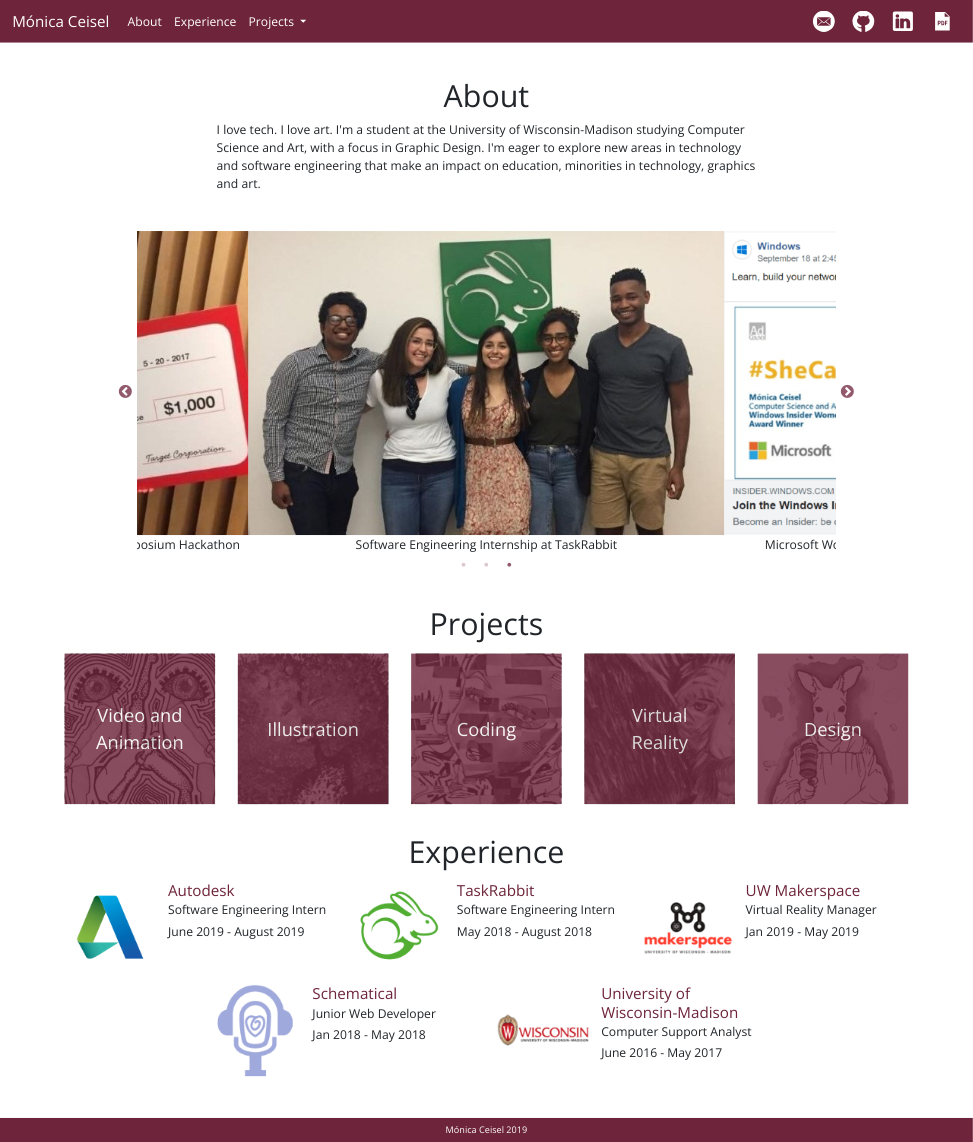
Repository: ceiselm/ceiselm.github.io
Page: index.html
An editor plug-in stored every save of this project. The page is shown before and after a run of saves, followed by the edit.
The browser window is 1280 px wide. The pictures show the whole page, at 76% of full size.

Above is the page before, as saved 2019-08-07 20:49:23.

### index.html
<!DOCTYPE html>
<html lang="en">

<head>
  <meta charset="utf-8">
  <meta http-equiv="X-UA-Compatible" content="IE=edge">
  <meta name="viewport" content="width=device-width, initial-scale=1">
  <title>M&oacute;nica Ceisel</title>
  <!-- Bootstrap -->
  <link href="css/bootstrap-4.2.1.css" rel="stylesheet">
  <!-- slick -->
  <link rel="stylesheet" type="text/css" href="slick/slick.css" />
  <!-- Add the new slick-theme.css if you want the default styling -->
  <link rel="stylesheet" type="text/css" href="slick/slick-theme.css" />
  <!-- font -->
  <link href="https://fonts.googleapis.com/css?family=Open+Sans&display=swap" rel="stylesheet">
  <!-- overwrites -->
  <link href="css/home.css" rel="stylesheet">
</head>

<body>
  <main>
    <!-- site navigation component START -->
    <nav class="navbar navbar-expand-lg navbar-dark bg-dark">
      <a class="navbar-brand" href="./index.html">M&oacute;nica Ceisel</a>
      <button class="navbar-toggler" type="button" data-toggle="collapse" data-target="#navbarSupportedContent"
        aria-controls="navbarSupportedContent" aria-expanded="false" aria-label="Toggle navigation">
        <span class="navbar-toggler-icon"></span>
      </button>
      <div class="collapse navbar-collapse" id="navbarSupportedContent">
        <ul class="navbar-nav mr-auto">
          <li class="nav-item">
            <a class="nav-link" href="#startAbout">About</a>
          </li>
          <li class="nav-item">
            <a class="nav-link" href="#startExperience">Experience</a>
          </li>
          <li class="nav-item dropdown">
            <a class="nav-link dropdown-toggle" href="#" id="navbarDropdown" role="button" data-toggle="dropdown"
              aria-haspopup="true" aria-expanded="false">
              Projects
            </a>
            <div class="dropdown-menu" aria-labelledby="navbarDropdown">
              <a class="dropdown-item" href="./subpages/coding.html">Coding</a>
              <div class="dropdown-divider"></div>
              <a class="dropdown-item" href="./subpages/illustration.html">Illustration</a>
              <a class="dropdown-item" href="./subpages/design.html">Design</a>
              <a class="dropdown-item" href="./subpages/virtualreality.html">Virtual Reality</a>
              <a class="dropdown-item" href="./subpages/videoandanimation.html">Video and Animation</a>
            </div>
          </li>
        </ul>
      </div>
      <!--		HAVE ICONS APPEAR ON BOTTOM FOR RESPONSIVE!-->
      <div class="navabar navbar-collapse">
        <ul class="navbar-nav ml-auto">
          <li class="nav-item">
            <a target="_blank" href="mailto:ceiselm@gmail.com"><img class="contact-icon" src="images/social/mail.svg"
                title="ceiselm@gmail.com" alt="mail"></a>
            <a target="_blank" href="https://github.com/ceiselm"><img class="contact-icon" src="images/social/github.svg"
                title="ceiselm" alt="github"></a>
            <a target="_blank" href="https://www.linkedin.com/in/monicaceisel/"><img class="contact-icon" src="images/social/linkedin.svg"
                title="monicaceisel" alt="linkedin"></a>
            <!-- <a target="_blank" href="https://twitter.com/Momonimations"><img class="contact-icon" src="images/social/twitter.svg" title="Momonimations" alt="twitter"></a> -->
            <a target="_blank" href="https://drive.google.com/file/d/1Cxu938UaEI__a5fxJjOS7-iBWBv4FZOx/view?usp=sharing"><img
                class="contact-icon" src="images/social/pdf.svg" title="Resume" alt="resume"></a>
          </li>
        </ul>
      </div>
    </nav>
    <!-- site navigation component END -->
    <!-- <hr> -->
    <!-- about START -->
    <div class="portion">
      <section>
        <div class="text-center mt-2">
          <div class="container">
            <div class="row">
              <div class="col-12">
                <h1 id="startAbout">About</h1>
                <div class="container">
                  <div class="row justify-content-center">
                    <div class="col col-md-8">
                      <p align="left">I love tech. I love art. I'm a student at the University of Wisconsin-Madison
                        studying Computer Science and Art,
                        with a focus in Graphic Design. I'm eager to explore new areas in technology and software
                        engineering that
                        make an impact on education, minorities in technology, graphics and art.
                      </p>
                    </div>
                  </div>
                </div>
                <!-- noteworthy articles -->
                <!--				https://insider.windows.com/en-us/community-news/how-this-coder-artist-grew-superpowers-to-create/-->
                <!--				https://insider.windows.com/en-us/community-news/extraordinary-women-in-computing/-->

                <!-- <div class="wrapper"> -->
                <div class="portion">
                  <div class="row align-items-center">
                  <div class="container col-lg-10 col-md-10">
                  <div class="slides">
                    <div><img class="slide-item col-sx-4" src="images/carousel/Microsoft.png" alt="First slide"><a class="highlight" href="https://insider.windows.com/en-us/community-news/how-this-coder-artist-grew-superpowers-to-create/">Microsoft Women
                      in Computing Award Winner</a></div>
                    <div><img class="slide-item col-sx-4" src="images/carousel/Target.jpg" alt="Second slide">1st Place for the
                      Target Women in Tech Symposium Hackathon</div>
                    <div><img class="slide-item col-sx-4" src="images/carousel/TaskRabbit.jpg" alt="Third slide">Software
                      Engineering Internship at TaskRabbit</div>
                  </div>
                </div>
                </div>
              </div>
              </div>
            </div>
          </div>
        </div>
      </section>
    </div>
    <!-- about END -->
    <!-- <hr> -->
    <!-- projects START -->
    <div class="portion">
      <section>
        <div class="container">
          <div class="row">
            <div class="col-12 text-center">
              <h1>Projects</h1>
              <!-- <p>Lorem ipsum dolor sit amet, consectetur adipisicing elit. Officia, et, placeat !</p> -->
            </div>
          </div>
          <div class="row mt-2">

            <div class="col-md mt-md-0 mt-1">
              <a href="./subpages/videoandanimation.html">
                <img class="image img-fluid float-right" src="images/buttons/Button03.png" alt="Video and Animation" href="#">
                <div class="overlay">
                  <div class="text">Video and Animation</div>
                </div>
              </a>
            </div>

            <div class="col-md mt-md-0 mt-1">
              <a href="./subpages/illustration.html">
                <img class="image img-fluid float-left" src="images/buttons/Button01.png" alt="Illustration">
                <div class="overlay">
                  <div class="text">Illustration</div>
                </div>
              </a>
            </div>

            <div class="col-md mt-md-0 mt-1">
              <a href="./subpages/coding.html">
                <img class="image img-fluid float-left" src="images/buttons/Button05.png" alt="Coding" href="#">
                <div class="overlay">
                  <div class="text">Coding</div>
                </div>
              </a>
            </div>
            <div class="col-md mt-md-0 mt-1">
              <a href="./subpages/virtualreality.html">
                <img class="image img-fluid float-right" src="images/buttons/Button04.png" alt="Virtual Reality" href="#">
                <div class="overlay">
                  <div class="text">Virtual Reality</div>
                </div>
              </a>
            </div>
            <div class="col-md mt-md-0 mt-1">
              <a href="./subpages/design.html">
                <img class="image img-fluid float-left" src="images/buttons/Button02.png" alt="Design" href="#">
                <div class="overlay">
                  <div class="text">Design</div>
                </div>
              </a>
            </div>
          </div>
        </div>
      </section>
    </div>
  <!-- projects END -->
    <!-- experience START -->
    <!-- <hr> -->
    <div class="portion">
      <section>
        <div class="container">
          <div class="row">
            <div class="col-12 text-center">
              <h1 id="startExperience">Experience</h1>
              <!-- <p>Lorem ipsum dolor sit amet, consectetur adipisicing elit. Quibusdam, magni, doloribus, possimus eum sapiente deleniti doloremque fugit ut expedita molestiae iusto debitis eveniet modi obcaecati ipsam quos quis labore dicta.</p> -->
            </div>
          </div>
        </div>
      </section>
      <section>
        <div class="container mt-2">
          <div class="row align-items-center">
            <div class="col-md-4 col-12">
              <ul class="list-unstyled">
                <li class="media">
                  <img class="mr-3" src="images/companies/120px-Autodesk_logo.svg.png" alt="Autodesk">
                  <div class="media-body">
                    <h5 class="mt-0 mb-1"><a href="https://www.autodesk.com/">Autodesk</a></h5>
                    <h6>Software Engineering Intern</h6>
                    <h6>June 2019 - August 2019</h6>
                  </div>
                </li>
              </ul>
            </div>
            <div class="col-md-4 col-12">
              <ul class="list-unstyled">
                <li class="media">
                  <img class="mr-3" src="images/companies/taskrabbit_logo.png" alt="TaskRabbit">
                  <div class="media-body">
                    <h5 class="mt-0 mb-1"><a href="https://www.taskrabbit.com/">TaskRabbit</a></h5>
                    <h6>Software Engineering Intern</h6>
                    <h6>May 2018 - August 2018</h6>
                  </div>
                </li>
              </ul>
            </div>
            <div class="col-md-4 col-12">
              <ul class="list-unstyled">
                <li class="media">
                  <img class="mr-3" src="images/companies/makerspacelogo.png" alt="Makerspace">
                  <div class="media-body">
                    <h5 class="mt-0 mb-1"><a href="https://making.engr.wisc.edu/">UW Makerspace</a></h5>
                    <h6>Virtual Reality Manager</h6>
                    <h6>Jan 2019 - May 2019</h6>
                  </div>
                </li>
              </ul>
            </div>
          </div>
        <!-- second row -->
        <div class="row">
          <div class="container col-lg-8 col-md-8 col-sm-12 col-xs-12">
                    <div class="row">
            <div class="col">
              <ul class="list-unstyled">
                <li class="media">
                  <img class="mr-3" src="images/companies/castdex_logo.png" alt="Schematical">
                  <div class="media-body">
                    <h5 class="mt-0 mb-1">Schematical</h5>
                    <h6>Junior Web Developer</h6>
                    <h6>Jan 2018 - May 2018</h6>
                  </div>
                </li>
              </ul>
            </div>
            <div class="col">
              <ul class="list-unstyled">
                <li class="media">
                  <img class="mr-3" src="images/companies/uwmadison.png" alt="University of Wisconsin-Madison">
                  <div class="media-body">
                    <h5 class="mt-0 mb-1"><a href="">University of Wisconsin-Madison</a></h5>
                    <h6>Computer Support Analyst</h6>
                    <h6>June 2016 - May 2017</h6>
                  </div>
                </li>
              </ul>

            </div>
            <div>
          </div>
          </div>

        </div>
      </section>
    </div>
  </div>
  <!-- experience END -->
  </main>
  <!-- footer START -->
  <div class="portion">
    <div class="footer">
      <div class="container h-100">
        <div class="row h-100 justify-content-center align-items-center footer-text">
          <div class="col-12 text-center">
            M&oacute;nica Ceisel 2019
          </div>
        </div>
      </div>
    </div>
  </div>
  <!-- footer END -->
  <!-- jQuery (necessary for Bootstrap's JavaScript plugins) -->
  <script src="js/jquery-3.3.1.min.js"></script>
  <!-- Include all compiled plugins (below), or include individual files as needed -->
  <script src="js/popper.min.js"></script>
  <script src="js/bootstrap-4.2.1.js"></script>
  <script src="js/index.js"></script>
  <!-- slick -->
  <script type="text/javascript" src="slick/slick.min.js"></script>
</body>

</html>

### css/home.css
@charset "utf-8";
/* CSS Document */

body {
  font-family: 'Open Sans', sans-serif;
}

main {
  padding-bottom: 2rem;
}

.footer {
  left: 0;
  bottom: 0;
  width: 100%;
  background-color: #6E243B;
  color: white;
  text-align: center;
  height: 2rem;
  position: relative;
  margin-top: -2rem;
  clear: both;
}

.footer-text {
  font-size: .75rem;
}

.contact-icon {
    height: 1.8em;
    width: 3em;

}

.contact-icon:hover {
    position: relative;
	opacity: .8;
}

.bg-dark {
  background-color: #6E243B !important;
}

.navbar-dark .navbar-nav .nav-link {
    color: rgba(255, 255, 255, 255);
}

h5 {
	color: #6E243B;
}

h5:hover, h5:link, h5:focus {
	color: #EDA200;
}

a {
	text-decoration: none !important;
	color: inherit;
}

a:hover, a:link, a:focus {
	color: inherit;
}

.image {
  position:relative;
  display: block;
  width: 100%;
  height: auto;
  opacity: 0.9;
  transition: 1s ease;
  -webkit-filter: grayscale(100%); /* Safari 6.0 - 9.0 */
  filter: grayscale(100%);
}

.overlay {
  position: relative;
  top: 0;
  bottom: 0;
  left: 0;
  right: 0;
  height: 100%;
  width: 100%;
  opacity: 0.8;
  background-color: #6E243B;
}

.col-md:hover .image {
  opacity: 1;
  -webkit-filter: grayscale(0%); /* Safari 6.0 - 9.0 */
  filter: grayscale(0%);
}

.col-md:hover .overlay {
  opacity: 0;
}


.text {
  color: white;
  font-size: 18pt;
  position: absolute;
  top: 50%;
  left: 50%;
  opacity: 1 !important;
  -webkit-transform: translate(-50%, -50%);
  -ms-transform: translate(-50%, -50%);
  transform: translate(-50%, -50%);
  text-align: center;
}


.slide-item {
  width: 100%;
}


.slick-prev:before {
  color: #6E243B;
}

.slick-next:before {
  color: #6E243B;
}

.slick-dots li.slick-active button::before {
  color: #6E243B;
}

.slick-dots li button::before {
  color: #6E243B;
}

.portion {
  padding-top: 3%;
}

.google-slides-container{
  position: relative;
  width: 100%;
  padding-top: 60%;
  overflow: hidden;
}

.google-slides-container iframe{
  position: absolute;
  top: 0;
  left: 0;
  width: 100%;
  height: 100%;
}

### js/index.js
$(document).ready(function(){
  $('.slides').slick({
    centerMode: true,
    centerPadding: '60px',
    slidesToShow: 1,
    slidesToScroll: 1,
    adaptiveHeight: true,
    dots: true,
    arrows: true,
    variableWidth: true,
    autoplay: true,
    autoplaySpeed: 2000,
    responsive: [
      {
        breakpoint: 768,
        settings: {
          arrows: false,
          centerMode: true,
          centerPadding: '40px',
          slidesToShow: 1
        }
      },
      {
        breakpoint: 480,
        settings: {
          arrows: false,
          centerMode: true,
          centerPadding: '40px',
          slidesToShow: 1
        }
      }
    ]

  });
});

Loaded but not shown: css/bootstrap-4.2.1.css (library); slick/slick.css (common file); slick/slick-theme.css (library); js/jquery-3.3.1.min.js (library); js/popper.min.js (library); js/bootstrap-4.2.1.js (library); slick/slick.min.js (library)

After the next 2 saves:
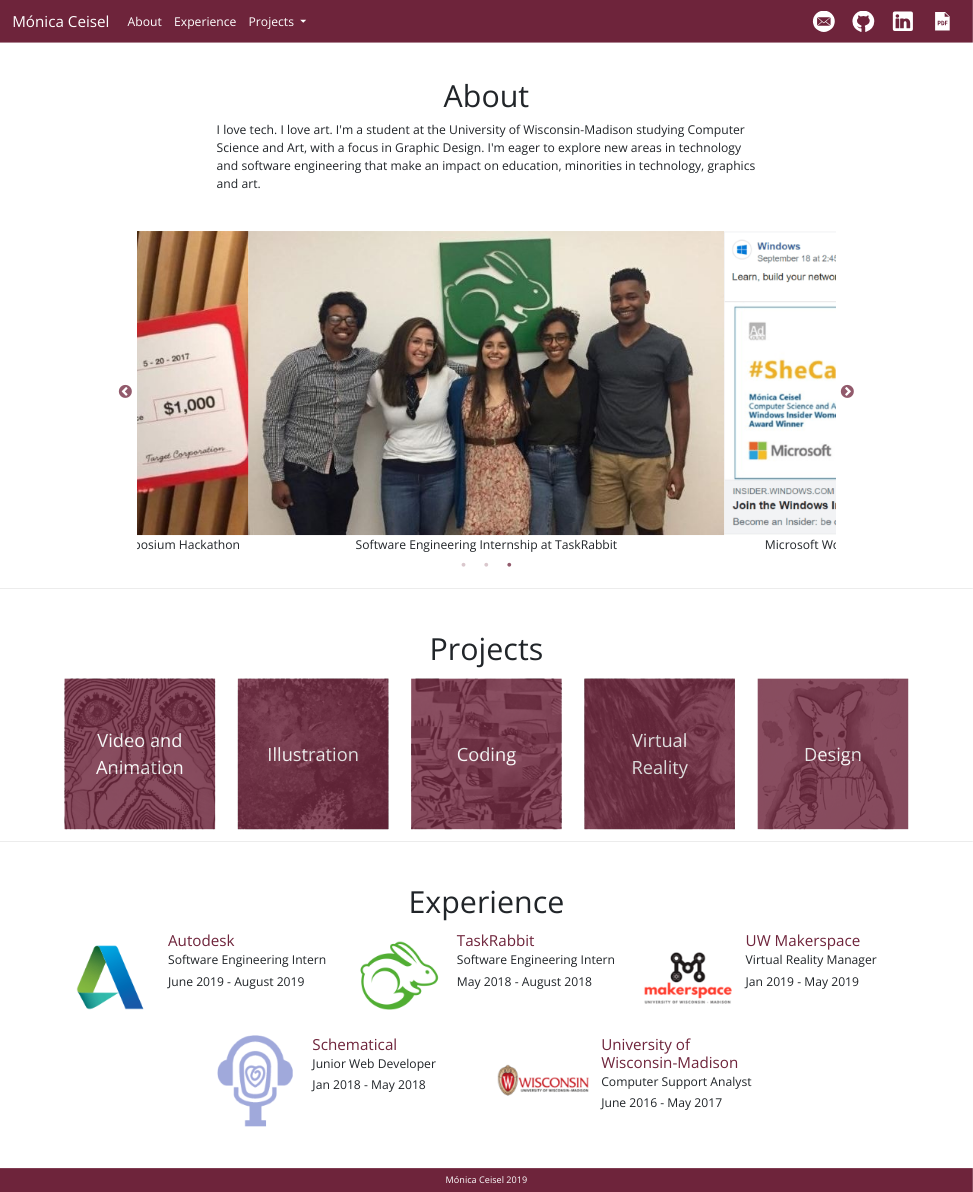
The 2 saves are shown as one change because they came seconds apart.
The last was saved 6 min 33 s later.
--- a/index.html
+++ b/index.html
@@ -116,7 +116,7 @@
       </section>
     </div>
     <!-- about END -->
-    <!-- <hr> -->
+    <hr>
     <!-- projects START -->
     <div class="portion">
       <section>
@@ -177,7 +177,7 @@
     </div>
   <!-- projects END -->
     <!-- experience START -->
-    <!-- <hr> -->
+    <hr>
     <div class="portion">
       <section>
         <div class="container">

After the save that followed:
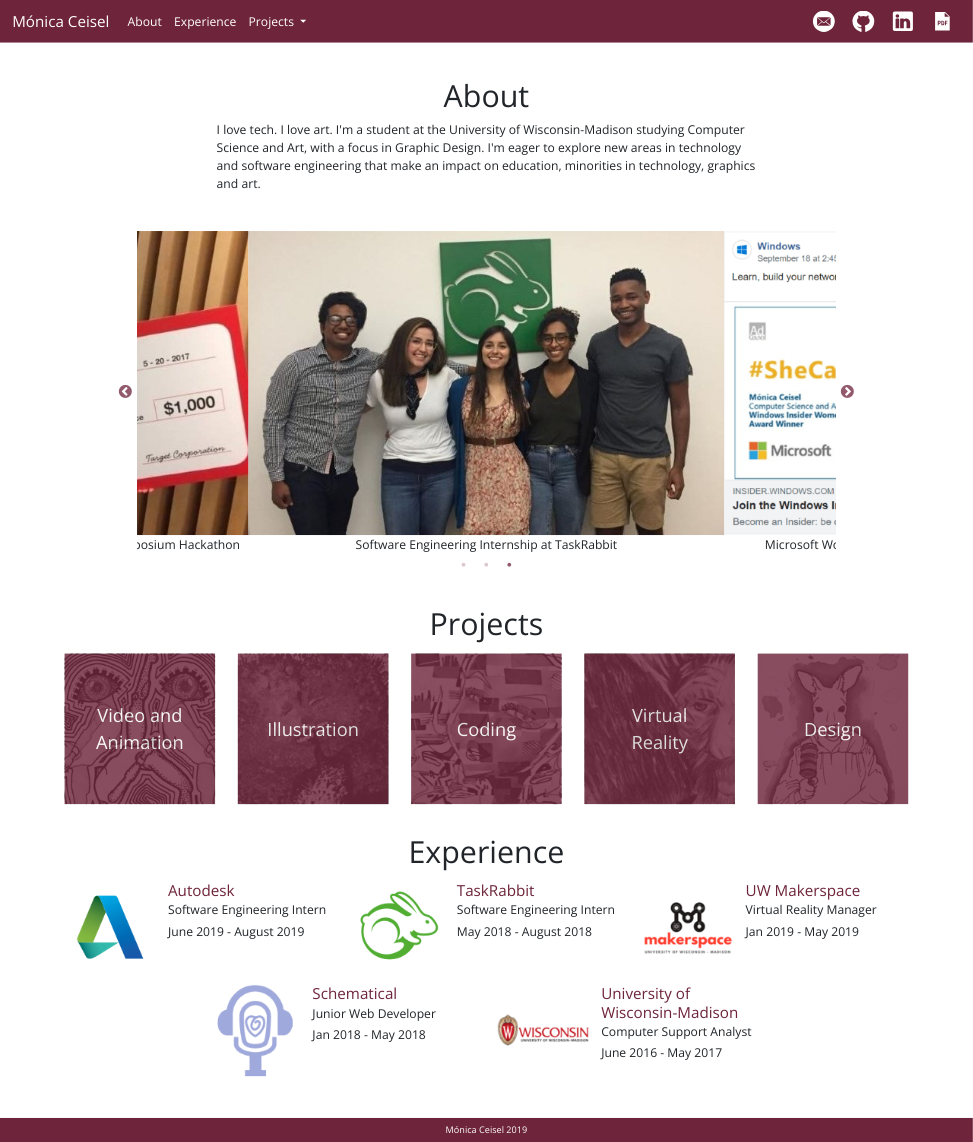
Saved 12 s later.
--- a/index.html
+++ b/index.html
@@ -116,7 +116,7 @@
       </section>
     </div>
     <!-- about END -->
-    <hr>
+    <!-- <hr> -->
     <!-- projects START -->
     <div class="portion">
       <section>
@@ -177,7 +177,7 @@
     </div>
   <!-- projects END -->
     <!-- experience START -->
-    <hr>
+    <!-- <hr> -->
     <div class="portion">
       <section>
         <div class="container">
